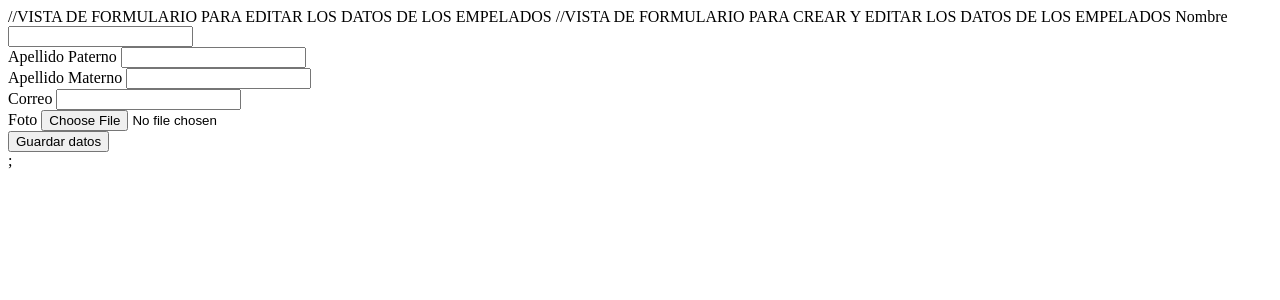
Repository: LionardoGomiz/CRUD-LARAVEL
Page: resources/views/empleado/edit.blade.php
The author's editor kept a copy of each file at every save. The page is drawn from the files as they stood at one save, then again after the next save.
The browser window is 1280 px wide. The pictures show the whole page.
The page is served by the project's Laravel application, run on PHP 8.4 with Laravel 8. Other server files are loaded and not shown. The template is opened directly, without the code that normally fills it, so the values that code supplies are empty.

Above is the page before, as saved 2021-08-03 08:59:42.

### CRUD-Laravel/routes/web.php
<?php

use Illuminate\Support\Facades\Route;
use App\Http\Controllers\EmpleadoController; //IMPORTAR EL CONTROLADOR A USAR
/*
|--------------------------------------------------------------------------
| Web Routes
|--------------------------------------------------------------------------
|
| Here is where you can register web routes for your application. These
| routes are loaded by the RouteServiceProvider within a group which
| contains the "web" middleware group. Now create something great!
|
*/

Route::get('/', function () {
    return view('welcome');
});

//RUTA PARA ACCEDER A MIS VISTAS
Route::get('/empleado', function () {
    return view('empleado.index');
});

//RUTA PARA ACCEDER A LOS METODOS DE MI CONTROLADOR DE FORMA INDIVIDUAL
Route::get('/empleado/create', [EmpleadoController::class,'create']);

//RUTA PARA ACCEDER A TODOS LOS METODOS DE MI CONTROLADOR
Route::resource('empleado',EmpleadoController::class);

### CRUD-Laravel/resources/views/empleado/edit.blade.php
//VISTA DE FORMULARIO PARA EDITAR LOS DATOS DE LOS EMPELADOS
@include('empleado.form');

### CRUD-Laravel/resources/views/empleado/form.blade.php
//VISTA DE FORMULARIO PARA CREAR Y EDITAR LOS DATOS DE LOS EMPELADOS
<label for="Nombre">Nombre</label>
<input type="text" name="Nombre" value="{{$empleado->Nombre}}" id="Nombre">
<br>
    <label for="ApellidoPaterno">Apellido Paterno</label>
<input type="text" name="ApellidoPaterno" value="{{$empleado->ApellidoPaterno}}" id="ApellidoPaterno">
<br>
    <label for="ApellidoMaterno">Apellido Materno</label>
<input type="text" name="ApellidoMaterno" value="{{$empleado->ApellidoMaterno}}" id="ApellidoMaterno">
<br>
    <label for="Correo">Correo</label>
<input type="text" name="Correo" value="{{$empleado->Correo}}"  id="Correo">
<br>
    <label for="Foto">Foto</label>
    {{$empleado->Foto}}
<input type="file" name="Foto" value=""  id="Foto">
<br>
    <label for=""></label>
<input type="submit"  value="Guardar datos">
<br>

After the next save:
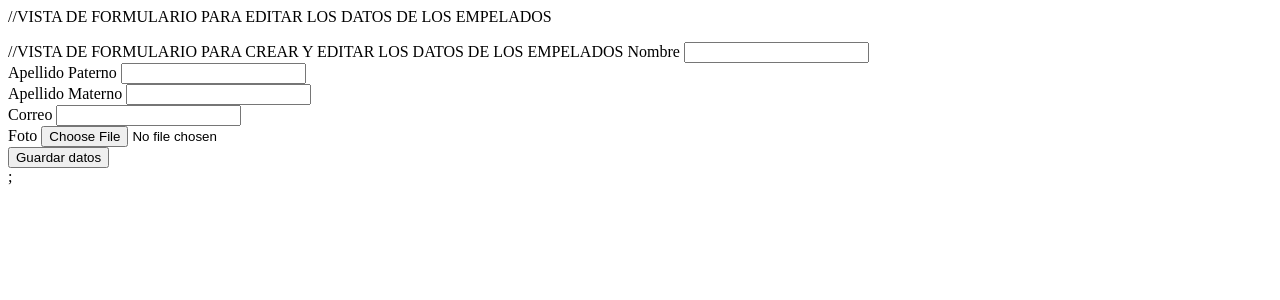
Saved 2 min 27 s later.
--- a/CRUD-Laravel/resources/views/empleado/edit.blade.php
+++ b/CRUD-Laravel/resources/views/empleado/edit.blade.php
@@ -1,2 +1,3 @@
 //VISTA DE FORMULARIO PARA EDITAR LOS DATOS DE LOS EMPELADOS
+<form action="{{url('/empleado')}}" method="POST" enctype="multipart/form-data"></form>
 @include('empleado.form');
